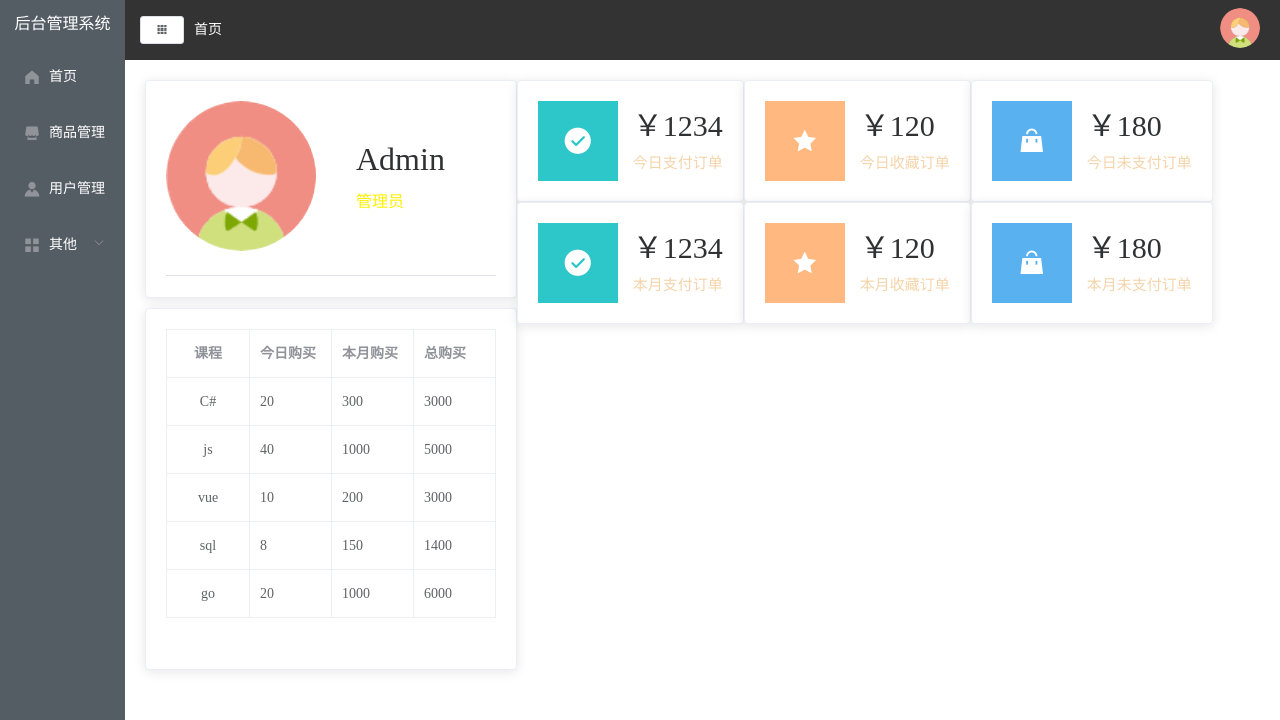
Repository: tkqi/manage
Page: /
These files come from the project's save history. The page is drawn as it stood at one moment and after the next save; the edit follows.
The browser window is 1280 px wide. The pictures show the whole page.
The project was rebuilt for these pictures with package versions that can differ from the ones it lists, and the page was loaded fresh each time. Also part of the build but not shown: vue.config.js.

Above is the page before, as saved 2023-12-06 11:37:36.

After the next save:
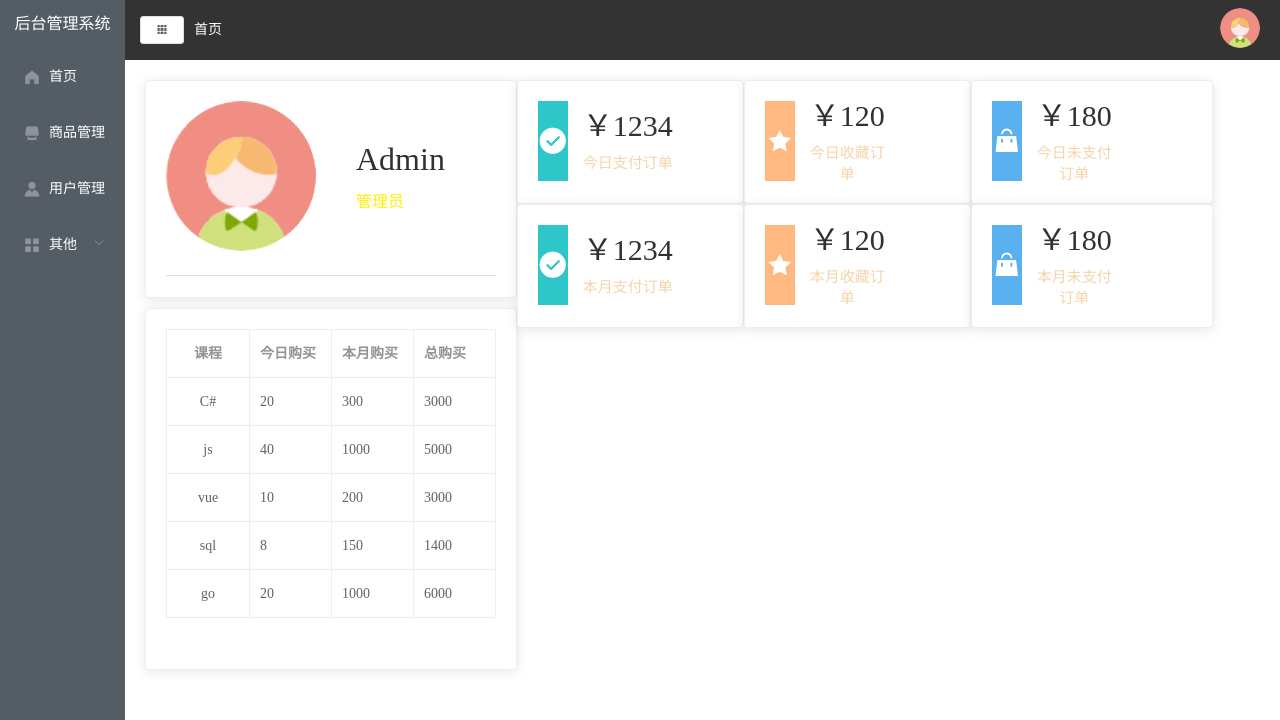
Saved 72 s later.
--- a/src/views/Home.vue
+++ b/src/views/Home.vue
@@ -33,7 +33,7 @@
         </el-col>
         <el-col :span="16">
             <div class="buy">
-                <el-card v-for="(item, index) in countData" :key="index" :body-style="{ display: 'flex' }">
+                <el-card v-for="(item, index) in countData" :key="index" :body-style="{ display: 'flex',width:'32%' }">
                     <i class="icon" :class="`el-icon-${item.icon}`" :style="{ background: item.color }"></i>
                     <div class="buy-content">
                         <p class="value">{{ '￥' + item.value }}</p>

After the save that followed:
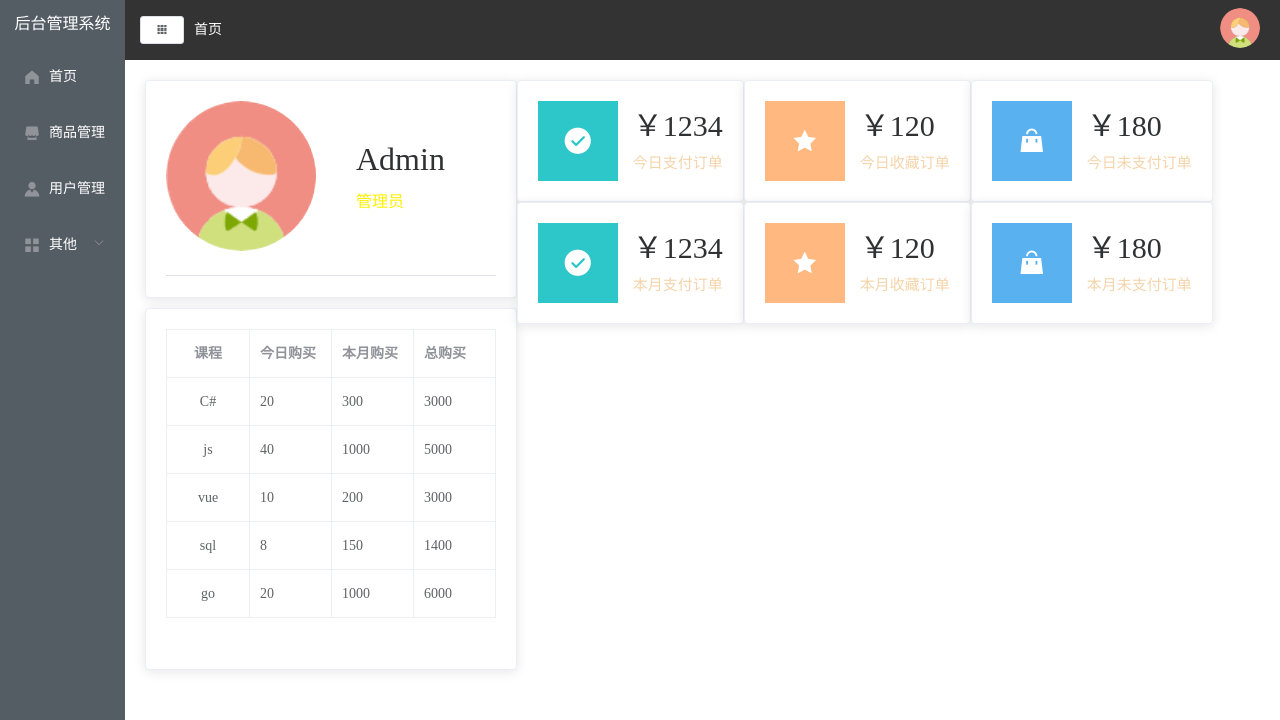
Saved 12 s later.
--- a/src/views/Home.vue
+++ b/src/views/Home.vue
@@ -33,7 +33,7 @@
         </el-col>
         <el-col :span="16">
             <div class="buy">
-                <el-card v-for="(item, index) in countData" :key="index" :body-style="{ display: 'flex',width:'32%' }">
+                <el-card v-for="(item, index) in countData" :key="index" :body-style="{ display: 'flex' }">
                     <i class="icon" :class="`el-icon-${item.icon}`" :style="{ background: item.color }"></i>
                     <div class="buy-content">
                         <p class="value">{{ '￥' + item.value }}</p>
